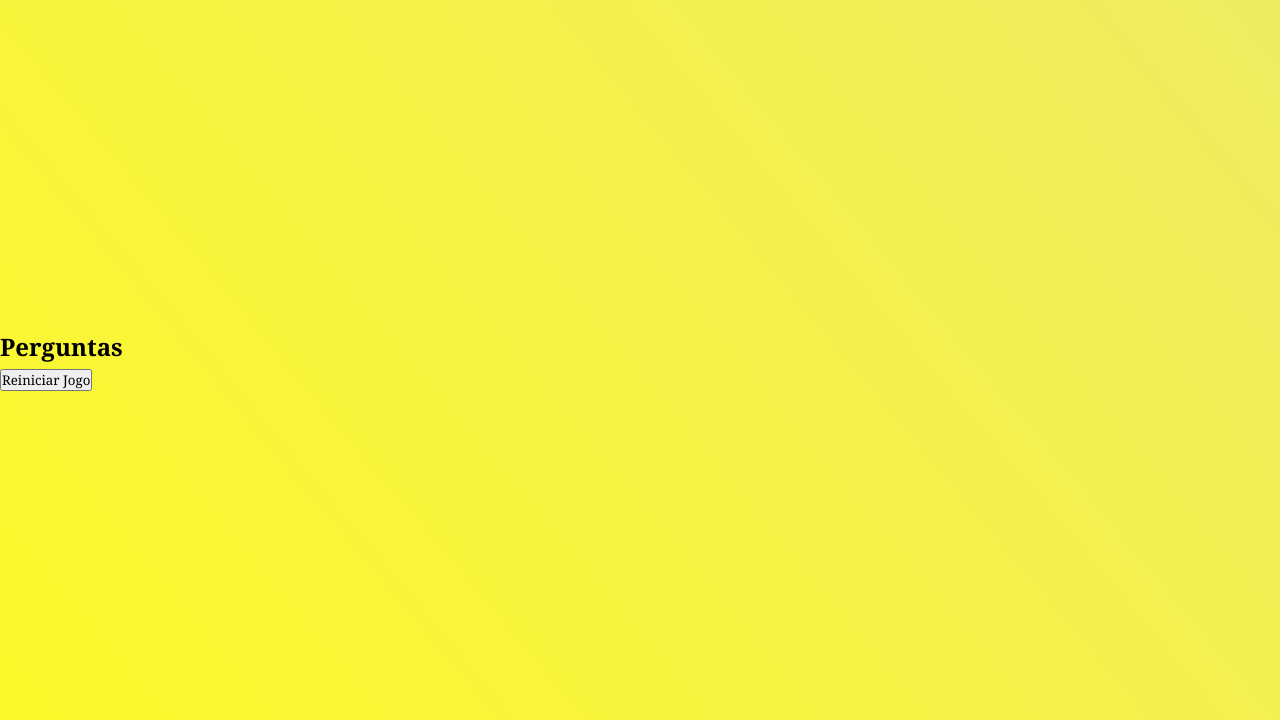
Repository: LaisSilvaO/Projeto-Quizz
Page: telas/index.html
An editor plug-in stored every save of this project. The page is shown before and after the next save, followed by the edit.
The browser window is 1280 px wide. The pictures show the whole page.

Above is the page before, as saved 2024-12-24 13:43:46.
Not found: telas/script.js

After the next save:
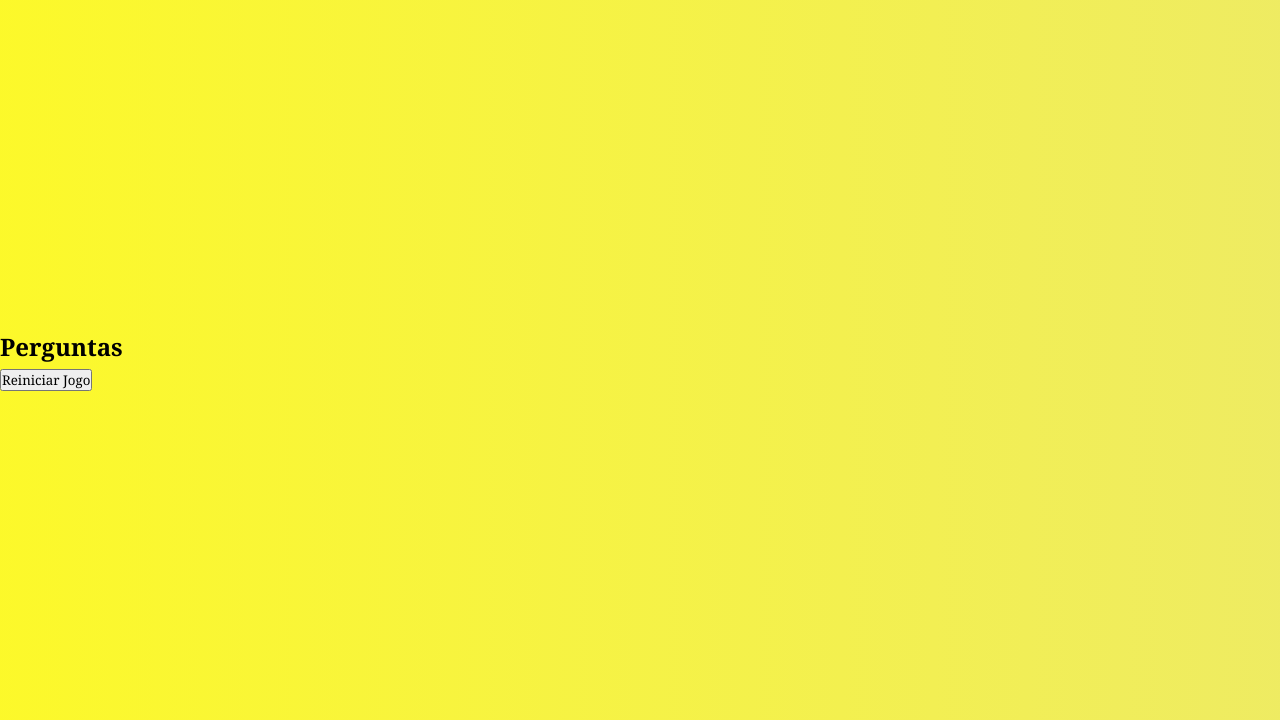
Saved 32 s later.
--- a/img/tela.css
+++ b/img/tela.css
@@ -10,6 +10,6 @@ body{
   justify-content: center;
   flex-direction: column;
   gap: 5px;
-  background: linear-gradient(50deg, rgba(252, 248, 19, 0.9) 0%, rgba(237, 234, 87, 0.932) 100%);
+  background: linear-gradient(90deg, rgba(252, 248, 19, 0.9) 0%, rgba(237, 234, 87, 0.932) 100%);
 
 }
